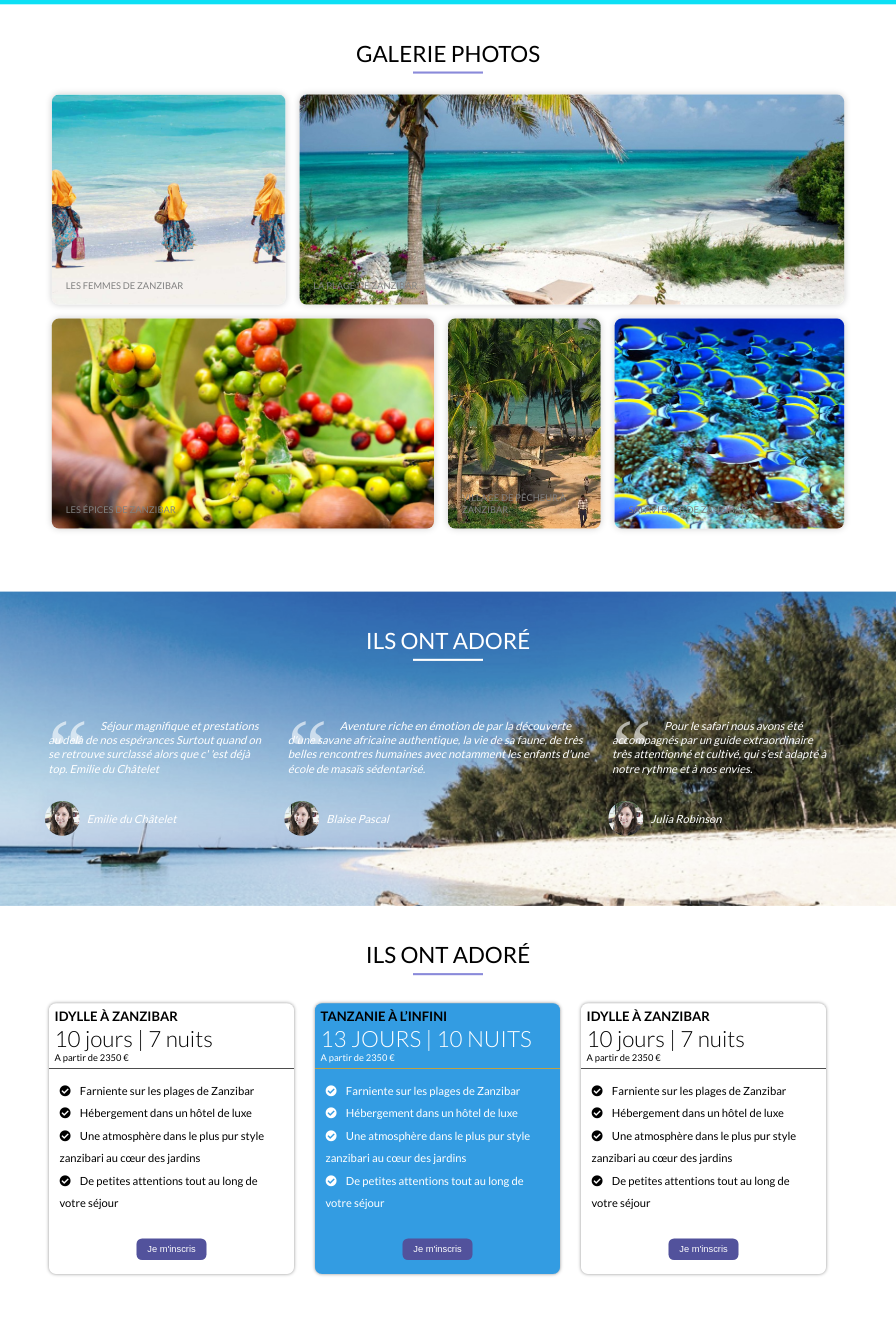
Repository: ypiard85/zanzibar
Page: index.html
These files come from the project's save history. The page is drawn as it stood at one moment and after the next save; the edit follows.
The browser window is 1280 px wide. The pictures show the part of the page from y = 2543 to 4463 px (the page is 4463 px tall), at 70% of full size.
Some web fonts or font styles are not loaded; a fallback is used.

Above is the page before, as saved 2021-03-01 14:29:00.

### index.html
<!DOCTYPE html>
<html lang="en">
  <head>
    <meta charset="UTF-8" />
    <meta http-equiv="X-UA-Compatible" content="IE=edge" />
    <meta name="viewport" content="width=device-width, initial-scale=1.0" />
    <link rel="stylesheet" href="font/font.css" />
    <link rel="stylesheet" href="./style.css" />
    <link
      rel="stylesheet"
      href="https://use.fontawesome.com/releases/v5.15.2/css/all.css"
      integrity="sha384-vSIIfh2YWi9wW0r9iZe7RJPrKwp6bG+s9QZMoITbCckVJqGCCRhc+ccxNcdpHuYu"
      crossorigin="anonymous"
    />
    <link
      href="https://fonts.googleapis.com/css?family=Lato:300,400,700"
      rel="stylesheet"
    />
    <link
      href="https://fonts.googleapis.com/css?family=Sanchez"
      rel="stylesheet"
    />
    <title> DOC </title>
  </head>
  <body>
    <header role="header">
      <nav class="nav">
        <div class="nav_left">
          <a href="">
            Zanibar
          </a>
        </div>
        <ul class="nav_link">
          <li><a href="">Qui sommes-nous</a></li>
          <li><a href="">Notre île</a></li>
          <li><a href="">Photos</a></li>
          <li><a href="">Témoignages</a></li>
          <li><a href="">Nos séjours</a></li>
          <li><a href="">Contact</a></li>
        </ul>
      </nav>
    </header>
      <section class="image_thumbnail">
        <div class="content_thumbnail">
          <p class="titlte_first">ZANBIZAR</p>
          <p class="title_second">UN ART DE VIVRE</p>
          <p>Lorem ipsum dolor sit amet consectetur adipisicing elit.</p>
          <a href="" class="btn_plein">Notre île</a>
          <a href="" class="btn_empty">Contactez-nous</a>
        </div>
      </section>
      <section class="about">
        <div class="title">
          <p class="blue_border">Qui sommes-nous</p>
        </div>
        <div class="about_content container">
          <div class="about_content_left">
            <img src="./tea.png" alt="tea image" />
          </div>
          <div class="about_content_right">
            <div class="about_content_option">
              <i class="far fa-check-circle"></i>
              <p>
                <span>RELIGIONS ET CROYANCES</span>
                La religion principale à Zanzibar est l'islam (97 %), à
                dominante sunnite. Les hindouistes constituent une toute petite
                communauté. Plusieurs minorités religieuses (musulmanes) ont élu
                domicile à Zanzibar : es ismaéliens (qui vénèrent Ismaël, l'un
                des descendants du prophète Ali, et dont le chef spirituel et
                temporel est le célèbre et richissime Aga Khan) et les dawoodis
                bohras, des Indo-Pakistanais, qui suivent les préceptes du
                Coran, mais dont la pratique religieuse, marginale, est beaucoup
                moins dogmatique.
              </p>
            </div>
            <div class="about_content_option">
              <i class="far fa-check-circle"></i>
              <p>
                <span>MUSIQUE</span>
                Le taarab (mot arabe signifiant « joie ») est la forme de
                musique la plus populaire à Zanzibar. C'est un ensemble pouvant
                compter jusqu'à une quarantaine de musiciens. Les chansons sont
                des « poèmes chantés » qui mélangent les influences africaines,
                arabes et indiennes. D'où son originalité.
              </p>
            </div>
            <div class="about_content_option">
              <i class="far fa-grin-alt"></i>
              <p>
                <span>MYTHE LITTÉRAIRE</span>
                Outre les épices, les ivoires et les esclaves, Zanzibar a
                exporté des rêves. Zanzibar ! Voilà un nom qui est une
                magnifique invitation au voyage à lui tout seul. Nombreux sont
                les écrivains européens (britanniques et français, notamment)
                qui ont succombé à son nom, rêvant de voir un jour cette île
                lointaine.
              </p>
            </div>
          </div>
        </div>
      </section>
      <section class="notre_ile">
        <div class="title">
          <p class="blue_border">Notre île</p>
        </div>
        <div class="content container">
          <div class="card">
            <img src="./card/stone-town.png" alt="stone town" />
            <h3>STONE TOWN</h3>
            <p>
              Ville portuaire, baignée par l’océan Indien, dont le cœur ancien,
              appelé Stone Town (la ville de pierre) en anglais et Mji Mkongwe
              (la vieille ville) en kiswahili, constitue le joyau. Ce centre
              ancien est d’une telle richesse qu’il a été inscrit en 2000 au
              Patrimoine mondial de l’Unesco.
            </p>
          </div>
          <div class="card">
            <img src="./card/prison-island.png" alt="" />
            <h3>PRISON ISLAND</h3>
            <p>
              L’île de Changuu, en swahili, garde les traces de son passé. Elle
              fut le point de départ et la zone de transit de nombreux esclaves
              attendant leur affectation. Aujourd’hui, elle a été investie par
              de curieux habitants : les tortues géantes d’Aldabra, ilot des
              Seychelles.
            </p>
          </div>
          <div class="card">
            <img src="./card/parc-national-jozani.png" alt="" />
            <h3>PRISON ISLAND</h3>
            <p>
              Le parc national s’étend sur 50 kilomètres entre la baie de Chwaka
              et celle d’Uzi. Cette jungle marécageuse abrite toujours une vie
              sauvage riche et luxuriante, comprenant notamment deux espèces de
              singes particulièrement rares : les singes rouges et bleus.
            </p>
          </div>
        </div>
      </section>
      <section class="galerie">
        <div class="title">
          <p class="blue_border">GALERIE PHOTOS</p>
        </div>
        <div class="image_galerie container">
            <div class="img_top">
              <div class="img_top_left">
                <p class="img_title">LES FEMMES DE ZANZIBAR</p>
              </div>
              <div class="img_top_right">
                <p class="img_title">LA PLAGE DE ZANZIBAR</p>
              </div>
            </div>
            <div class="img_bottom">
              <div class="img_bottom_left">
                <p class="img_title">LES ÉPICES DE ZANZIBAR</p>
              </div>
              <div class="img_bottom_center">
                <p class="img_title">VILLAGE DE PÊCHEUR À ZANZIBAR</p>
              </div>
              <div class="img_bottom_right">
                <p class="img_title">SAFAVI BLUE DE ZANZIBAR</p>
              </div>
            </div>
        </div>
      </section>
      <section class="review">
        <div class="title">
          <p class="white_border">ils ont adoré</p>
        </div>
        <div class="card_containt container">
          <div class="review_card">
            <div class="top">
              <p>
                  Séjour magnifique et prestations au delà de nos espérances Surtout quand on se retrouve surclassé alors que c' 'est déjà top.
                  Emilie du Châtelet
                </p>
              </div>
              <div class="bottom">
                <img src="./clients/emilie.jpg" alt="">
                <p>Emilie du Châtelet</p>
              </div>
            </div>
            <div class="review_card">
              <div class="top">
                <p>
                  Aventure riche en émotion de par la découverte d'une savane africaine authentique, la vie de sa faune, de très belles rencontres humaines avec notamment les enfants d'une école de masaïs sédentarisé.
                  </p>
                </div>
                <div class="bottom">
                  <img src="./clients/emilie.jpg" alt="">
                  <p>Blaise Pascal</p>
                </div>
              </div>
              <div class="review_card">
                <div class="top">
                  <p>
                    Pour le safari nous avons été accompagnés par un guide extraordinaire très attentionné et cultivé, qui s’est adapté à notre rythme et à nos envies.
                  </p>
                  </div>
                  <div class="bottom">
                    <img src="./clients/emilie.jpg" alt="">
                    <p>Julia Robinson</p>
                  </div>
                </div>
              </section>
              <section class="sejours">
                <div class="title">
                  <p class="blue_border">ils ont adoré</p>
                </div>
                <div class="sejour_card">
                    <div class="card_option">
                      <div class="card_header">
                        <h3>IDYLLE À ZANZIBAR</h3>
                        <h1>10 jours | 7 nuits</h1>
                        <p>A partir de 2350 €</p>
                      </div>
                      <div class="card_content">
                        <p><i class="fas fa-check-circle"></i> <span>Farniente sur les plages de Zanzibar</span></p>
                        <p><i class="fas fa-check-circle"></i> <span>Hébergement dans un hôtel de luxe</span></p>
                        <p><i class="fas fa-check-circle"></i> <span>Une atmosphère dans le plus pur style zanzibari au cœur des jardins</span></p>
                        <p><i class="fas fa-check-circle"></i> <span>De petites attentions tout au long de votre séjour</span></p>
                      </div>
                      <button>Je m'inscris</button>
                    </div>
                    <div class="card_option bg_blue">
                      <div class="card_header">
                        <h3>TANZANIE À L’INFINI</h3>
                        <h1>13 JOURS | 10 NUITS</h1>
                        <p>A partir de 2350 €</p>
                      </div>
                      <div class="card_content">
                        <p><i class="fas fa-check-circle"></i> <span>Farniente sur les plages de Zanzibar</span></p>
                        <p><i class="fas fa-check-circle"></i> <span>Hébergement dans un hôtel de luxe</span></p>
                        <p><i class="fas fa-check-circle"></i> <span>Une atmosphère dans le plus pur style zanzibari au cœur des jardins</span></p>
                        <p><i class="fas fa-check-circle"></i> <span>De petites attentions tout au long de votre séjour</span></p>
                      </div>
                      <button>Je m'inscris</button>
                    </div>
                    <div class="card_option">
                      <div class="card_header">
                        <h3>IDYLLE À ZANZIBAR</h3>
                        <h1>10 jours <span>|</span> 7 nuits</h1>
                        <p>A partir de 2350 €</p>
                      </div>
                      <div class="card_content">
                        <p><i class="fas fa-check-circle"></i> <span>Farniente sur les plages de Zanzibar</span></p>
                        <p><i class="fas fa-check-circle"></i> <span>Hébergement dans un hôtel de luxe</span></p>
                        <p><i class="fas fa-check-circle"></i> <span>Une atmosphère dans le plus pur style zanzibari au cœur des jardins</span></p>
                        <p><i class="fas fa-check-circle"></i> <span>De petites attentions tout au long de votre séjour</span></p>
                      </div>
                      <button>Je m'inscris</button>
                    </div>
                </div>
              </section>
            </div>
          </div>
  </body>
  </html>

### font/font.css
/*! Generated by Font Squirrel (https://www.fontsquirrel.com) on June 4, 2019 */



@font-face {
    font-family: 'warnesregular';
    src: url('warnes-regular-webfont.eot');
    src: url('warnes-regular-webfont.eot?#iefix') format('embedded-opentype'),
         url('warnes-regular-webfont.woff2') format('woff2'),
         url('warnes-regular-webfont.woff') format('woff'),
         url('warnes-regular-webfont.ttf') format('truetype'),
         url('warnes-regular-webfont.svg#warnesregular') format('svg');
    font-weight: normal;
    font-style: normal;

}

### style.css
@import './font/font.css';

:root{
    --font-family-title: "warnesregular";
    --guillemet-citation: "Sanchez", serif;
    --font-size-title-medium: 32px;
    --button-header-blue: rgb(85, 85, 199);
    --font-size-title-red: red;
    --bd-card-blue: rgb(51, 156, 226);
}

*{
    margin: 0;
    padding: 0;
    box-sizing: border-box;
    list-style: none;
    text-decoration: one;
    transition: 0.3s;
}

html {
    background-color: #fff;
    font-family: "Lato", "Arial", sans-serif;
}


.nav{
    background: black;
    display: flex;
    justify-content: space-around;
    align-items: center;
    padding: 5px 0;
    width: 100%;
}

section{
    padding: 50px 0;
}

.nav *{
    color: #fff;
}

.nav_left a{
    font-family: var(--font-family-title);
    font-size: 32px;
}

.nav_link{
    display: flex;
}

.nav_link li a{
    color: rgb(233, 233, 233);
    margin: 0 10px;

}

.image_thumbnail{
    background-image: url('./header.jpg');
    background-repeat: no-repeat;
    background-position: center right;
    height: 93vh;

}

.content_thumbnail{
    padding: 190px;
    color: #fff;
}

.content_thumbnail .titlte_first{
    font-size: 58px;
}

.content_thumbnail .title_second{
    font-size: 58px;
    font-weight: 100;
}

.content_thumbnail > a{
    display: inline-block;
    margin-top: 10px;
    padding: 8px 30px;
    border-radius: 8px;
    margin-right: 20px;
    font-weight: 600;
}

.btn_plein{
    background-color: white;
    color: var(--button-header-blue);
}

.btn_plein:hover{
    background-color: var(--button-header-blue);
    color: white;
}

.btn_empty{
    background-color: transparent;
    color: #fff;
    border: 2px solid #fff;
}

.btn_empty:hover{
    color: var(--button-header-blue);
    background-color: white;
}


section .title p {
    text-align: center;
    text-transform: uppercase;
    font-size: var(--font-size-title-medium);
    position: relative;
}


.blue_border::after{
    content: '';
    position: absolute;
    background-color: rgb(138, 138, 218);
    left: 0;
    right: 0;
    bottom: -10px;
    height: 3px;
    width: 100px;
    margin: 0 auto;
}

.white_border{
    color: white;
}

.white_border::after{
    content: '';
    position: absolute;
    background-color:white;
    left: 0;
    right: 0;
    bottom: -10px;
    height: 3px;
    width: 100px;
    margin: 0 auto;
}

.about_content{
    margin-top: 50px;
    display: flex;
    justify-content: space-evenly;
}

.about_content_option{
    display: flex;
    margin-bottom: 30px;
}

.about_content_option i{
    font-size: 26px;
    color: var(--font-size-title-red);
    margin-right: 20px;
    margin-top: 5px;
}

.about_content_option p span{
    display: block;
    color: var(--font-size-title-red);
    font-size: 26px;
    margin-bottom: 10px;
}

.about_content_right{
    width: 500px;
}

.notre_ile{
    background-color: #0CE0F5;
}

.notre_ile > .content{
    margin-top: 50px;
}

.card{
    background-color: #FFF;
    display: flex;
    flex-direction: column;
    align-items: center;
    width: 400px;
    max-width: 100%;
    padding: 50px 30px;
    border-radius: 15px;
    box-shadow: 0 0 5px rgba(0, 0, 0, 0.411);
    color: rgb(99, 99, 99);
}

.card *{
    font-weight: normal ;
}

.card h3{
    margin-bottom: 5px;
}

.card p{
    line-height: 1.5rem;
}

.card img{
    width: 260px;
}

.notre_ile .content{
    display: flex;
    align-items: center;
    justify-content: space-around;

}

.container{
    width: 90%;
    margin: 50px auto;
}

.image_galerie{
    display: flex;
    flex-direction: column;
    justify-content: space-between;
    margin: 30px auto;
    flex-wrap: wrap;
}

.img_top, .img_bottom{
    display: flex;
    justify-content: space-around;

}

.img_top div, .img_bottom div{
    margin: 10px;
    height: 300px;
    position: relative;
    border-radius: 10px;
    box-shadow: 0 0 10px rgba(0, 0, 0, 0.199);
}


.img_top_left{
    width: 30%;
    background-image: url('./galerie/femmes-zanzibar.jpg');
    background-size: cover;
    background-repeat: no-repeat;
    background-position: center center;

}

.img_top_right{
    width: 70%;
    background-image: url('./galerie/plage-zanzibar.jpg');
    background-size: cover;
    background-repeat: no-repeat;
    background-position: center center;
}

.img_bottom_left{
    width: 50%;
    background-image: url('./galerie/epices-zanzibar.jpg');
    background-size: cover;
    background-repeat: no-repeat;
    background-position: center center;
}

.img_bottom_center{
    width: 20%;
    background-image: url('./galerie/village-pecheur-zanzibar.jpg');
    background-size: cover;
    background-repeat: no-repeat;
    background-position: center center;
}

.img_bottom_right{
    width: 30%;
    background-image: url('./galerie/safari-blue.jpg');
    background-size: cover;
    background-repeat: no-repeat;
    background-position: center center;
}

.img_title{
    position: absolute;
    bottom: 20px;
    left: 20px;
    color: gray;
    font-size: smaller;
}



.card_containt{
    display: flex;
    justify-content: space-evenly;


}

.review_card{
    margin-right: 20px;
}

.review{
    background-image: url('./the-paysage.jpg');
    background-repeat: no-repeat;
    background-size: cover;
    background-position: top ;
    filter: grayscale(50%);

}

.top{
    position: relative;
}


.top p::before{
    content: "\201C";
    font-family: "Sanchez", serif;
    position: relative;
    font-size: 8em;
    top: 72px;
    left: -13px;
    color: rgba(255, 255, 255, 0.6);
}

.top p{
        padding: 5px;
        font-style: italic;
        line-height: 130%;
        color: #fff;
}


.bottom img{
    border-radius: 50%;
    width: 50px;
    margin-right: 10px;
}

.bottom{
    margin-top: 30px;
    display: flex;
    color: #fff;
    font-style: italic;
    align-items: center;
}

.sejour_card{
    display: flex;
    justify-content: center;
    margin: 50px 0;
}

.bg_blue{
    background-color: var(--bd-card-blue) !important;
}

.bg_blue p, .bg_blue h1{
    color: white;
}

.bg_blue .card_header{
    border-bottom: 1px solid orange!important;
}

.card_option .card_header{
    border-bottom: 1px solid black;
    padding: 8px;
}

.card_option{
    background-color: white;
    box-shadow: 0 0 5px rgba(0, 0, 0, 0.452);
    margin-right: 30px;
    width: 350px;
    border-radius: 10px;
}

.card_option button{
    display: flex;
    margin: 20px auto;
    padding: 8px 15px;
    background: rgb(82, 82, 156);
    color: white;
    border-radius: 8px;
    border:none;
    outline: none;
    cursor: pointer;
}

.card_content p i{
    margin-right: 10px;
}

.card_header h3{
    font-weight: 700;
}
.card_header h1{
    font-weight: lighter;
    font-size: 32px;
}

.card_header p{
    font-size: smaller;
}

.card_content{
    padding: 15px;
    line-height: 2rem;
}

After the next save:
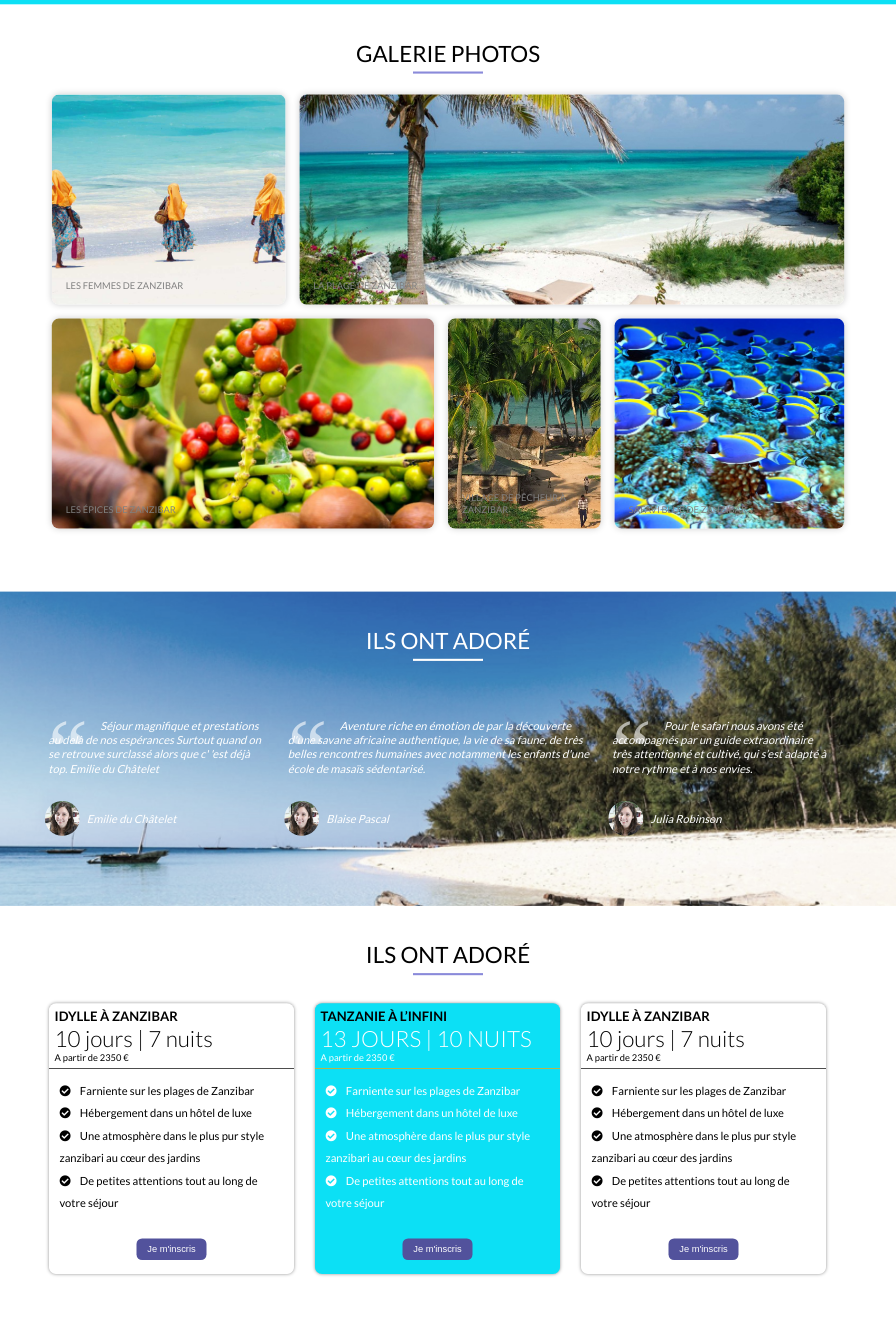
Saved 30 s later.
--- a/style.css
+++ b/style.css
@@ -6,7 +6,7 @@
     --font-size-title-medium: 32px;
     --button-header-blue: rgb(85, 85, 199);
     --font-size-title-red: red;
-    --bd-card-blue: rgb(51, 156, 226);
+    --bd-card-blue: #0CE0F5;
 }
 
 *{
